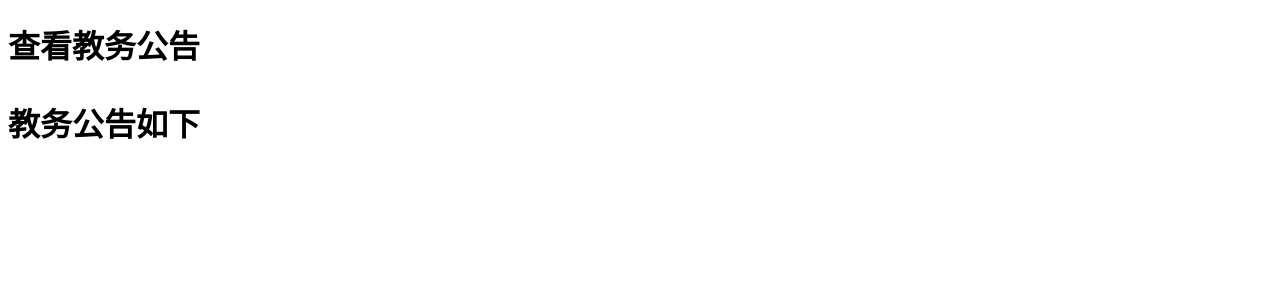
Repository: hbisheng/Academic-portal-website
Page: http://localhost/NewInfo/notice/index.jsp
An editor plug-in stored every save of this project. The page is shown before and after the next save, followed by the edit.
The browser window is 1280 px wide. The pictures show the whole page.
The page is served by Tomcat 9. Queries for data that is not in the repository find no rows.

Above is the page before, as saved 2014-09-21 16:44:09.

After the next save:
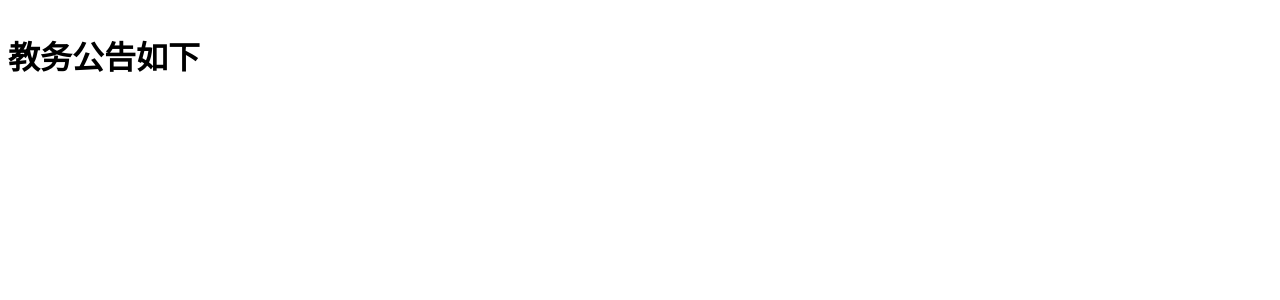
Saved 77 s later.
--- a/Java_info/NewInfo/WebContent/notice/index.jsp
+++ b/Java_info/NewInfo/WebContent/notice/index.jsp
@@ -11,8 +11,6 @@
 <title>Insert title here</title>
 </head>
 <body>
-
-<h1>查看教务公告</h1>
 
 <%
 	User user = (User)session.getAttribute("user");
